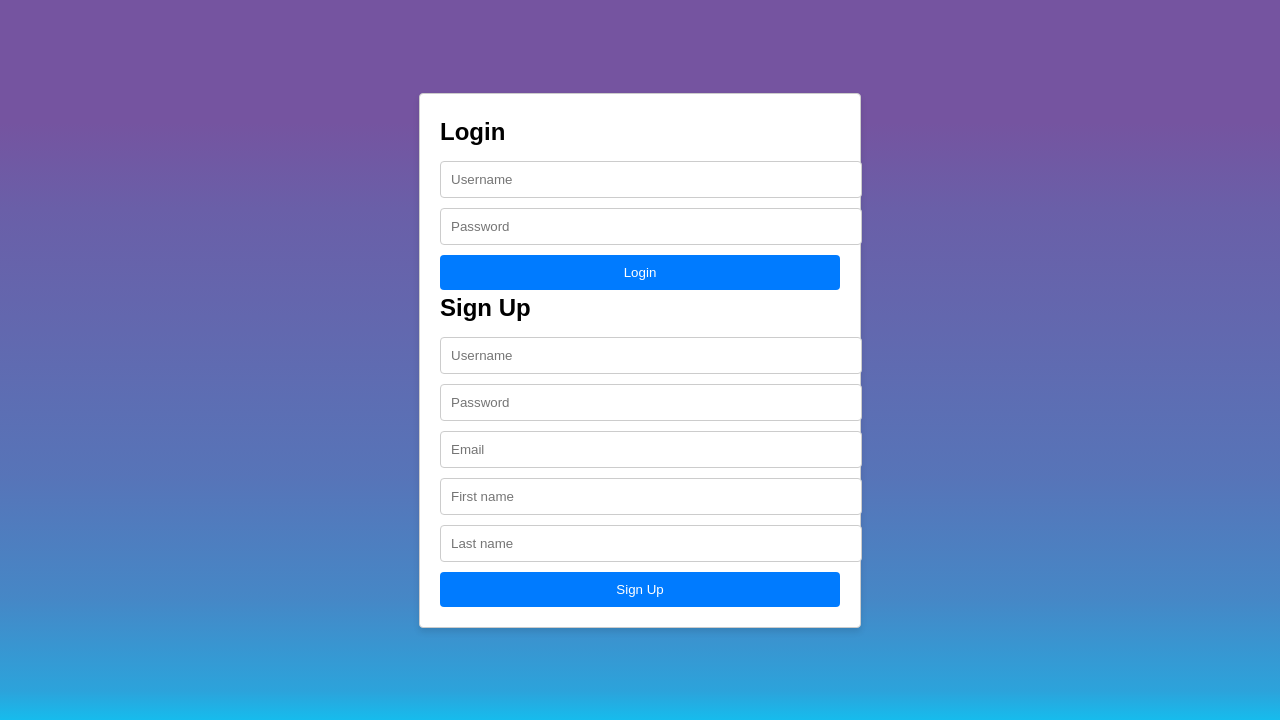
Repository: elqueben/message
Page: / (app in message-app/)
The author's editor kept a copy of each file at every save. The page is drawn from the files as they stood at one save, then again after the next save.
The browser window is 1280 px wide. The pictures show the whole page.
The project was rebuilt for these pictures with package versions that can differ from the ones it lists, and the page was loaded fresh each time. Also part of the build but not shown: message-app/vite.config.js.

Above is the page before, as saved 2023-05-08 15:30:51.

### message-app/src/style.css
* {
  font-family: Arial;
}
body {
  margin: 0px;
}
.login-page {
  width: 100vw;
  height: 100vh;
  background: linear-gradient(
    180deg,
    rgba(117, 84, 160, 1) 7%,
    rgba(117, 84, 160, 1) 17%,
    rgba(106, 95, 168, 1) 29%,
    rgba(99, 103, 174, 1) 44%,
    rgba(87, 116, 184, 1) 66%,
    rgba(70, 135, 198, 1) 83%,
    rgba(44, 163, 219, 1) 96%,
    rgba(22, 188, 237, 1) 100%,
    rgba(0, 212, 255, 1) 100%
  );
}

/* Add the Bootstrap classes to the login page elements */
.login-page {
  display: flex;
  justify-content: center;
  align-items: center;
  height: 100vh;
}

.card {
  width: 400px;
  padding: 20px;
  border: 1px solid #ccc;
  border-radius: 4px;
  background-color: #fff;
  box-shadow: 0 4px 6px rgba(0, 0, 0, 0.1);
}

.title {
  font-size: 24px;
  font-weight: bold;
  margin-bottom: 15px;
  margin-top: .25rem;
}

input {
  width: 100%;
  padding: 10px;
  margin-bottom: 10px;
  border: 1px solid #ccc;
  border-radius: 4px;
}

button {
  width: 100%;
  padding: 10px;
  background-color: #007bff;
  color: #fff;
  border: none;
  border-radius: 4px;
  cursor: pointer;
}

button:hover {
  background-color: #0056b3;
}

### message-app/src/App.vue
<script setup>
import AuthPage from "./AuthPage/index.vue";
//import ChatsPage from "./ChatsPage/index.vue";
</script>

<template>
  <AuthPage v-if="!user" @onAuth="handleAuth" />
  <ChatsPage
    v-else
    v-bind:username="user.username"
    v-bind:secret="user.secret"
  />
</template>

<script>
export default {
  data() {
    return {
      user: undefined,
    };
  },
  methods: {
    handleAuth(user) {
      this.user = user;
    },
  },
};
</script>

### message-app/src/AuthPage/index.vue
<template>
    <div class="login-page">
      <div class="card">
        <form @submit.prevent="login">
          <div class="title">Login</div>
          <input placeholder="Username" type="text" v-model="username" />
          <input placeholder="Password" type="password" v-model="password" />
          <button type="submit">Login</button>
        </form>

        <form @submit.prevent="signup">
          <div class="title">Sign Up</div>
          <input
            class="input"
            placeholder="Username"
            type="text"
            v-model="username"
          />
          <input placeholder="Password" type="password" v-model="password" />
          <input placeholder="Email" type="text" v-model="email" />
          <input placeholder="First name" type="text" v-model="first_name" />
          <input placeholder="Last name" type="text" v-model="last_name" />
          <button type="submit">Sign Up</button>
        </form>
      </div>
    </div>
  </template>

  <script>
  // import { loginRest, signupRest } from "./api";

  export default {
    data() {
      return {
        username: "",
        password: "",
        email: "",
        first_name: "",
        last_name: "",
      };
    },
    methods: {
      login() {
        // loginRest(this.username, this.password)
        //   .then((response) =>
        //     this.$emit("onAuth", { ...response.data, secret: this.password })
        //   )
        //   .catch((error) => console.log("Login error", error));
      },
      signup() {
        // signupRest(
        //   this.username,
        //   this.password,
        //   this.email,
        //   this.first_name,
        //   this.last_name
        // )
        //   .then((response) =>
        //     this.$emit("onAuth", { ...response.data, secret: this.password })
        //   )
        //   .catch((error) => console.log("Sign up error", error));
      },
    },
  };
  </script>

Loaded but not shown: message-app/index.html (common file); message-app/src/main.js (common file)

After the next save:
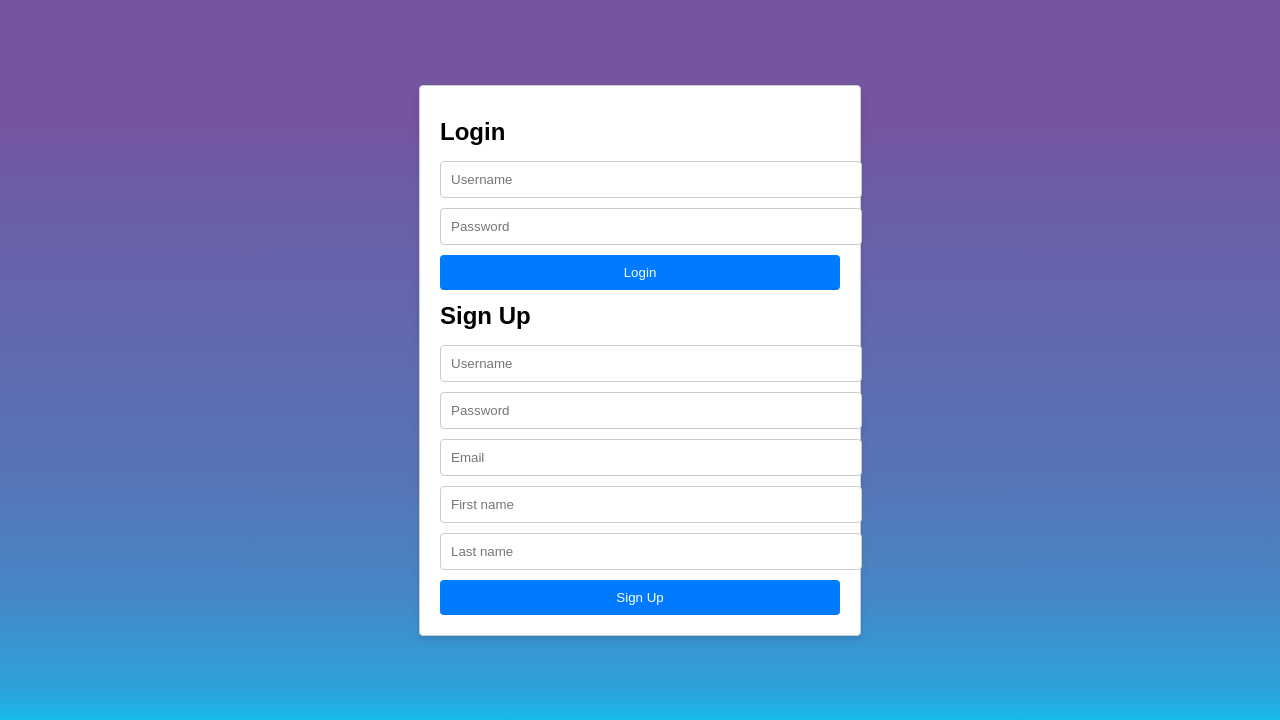
Saved 6 s later.
--- a/message-app/src/style.css
+++ b/message-app/src/style.css
@@ -42,7 +42,7 @@ body {
   font-size: 24px;
   font-weight: bold;
   margin-bottom: 15px;
-  margin-top: .25rem;
+  margin-top: .75rem;
 }
 
 input {
